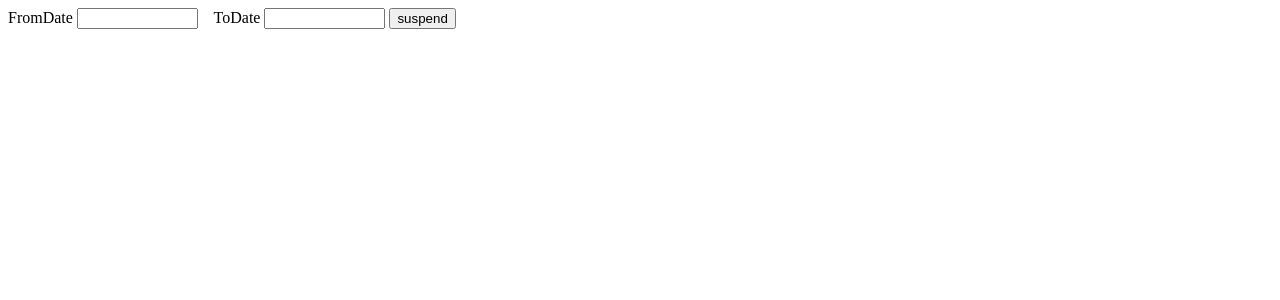
Repository: shiva94/MyProjects
Page: Date/WebContent/Date.html
The author's editor kept a copy of each file at every save. The page is drawn from the files as they stood at one save, then again after the next save.
The browser window is 1280 px wide. The pictures show the whole page.

Above is the page before, as saved 2015-08-21 10:49:01.

After the next save:
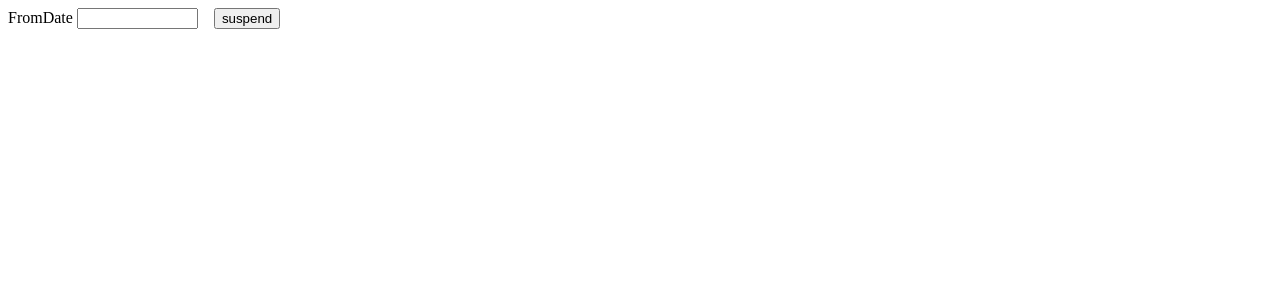
Saved 21 s later.
--- a/Date/WebContent/Date.html
+++ b/Date/WebContent/Date.html
@@ -53,7 +53,6 @@
 <body>
 <form name="pickerForm" action="servlet"  method="post">
     FromDate <input type="text" size="12" id="fromDate" /> &nbsp;&nbsp;
-	 ToDate <input type="text" size="12" id="toDate" />
 	 <input type="submit" id="buttonID" value="suspend" name="buttonID"/>
 	 </form>
 </body>
